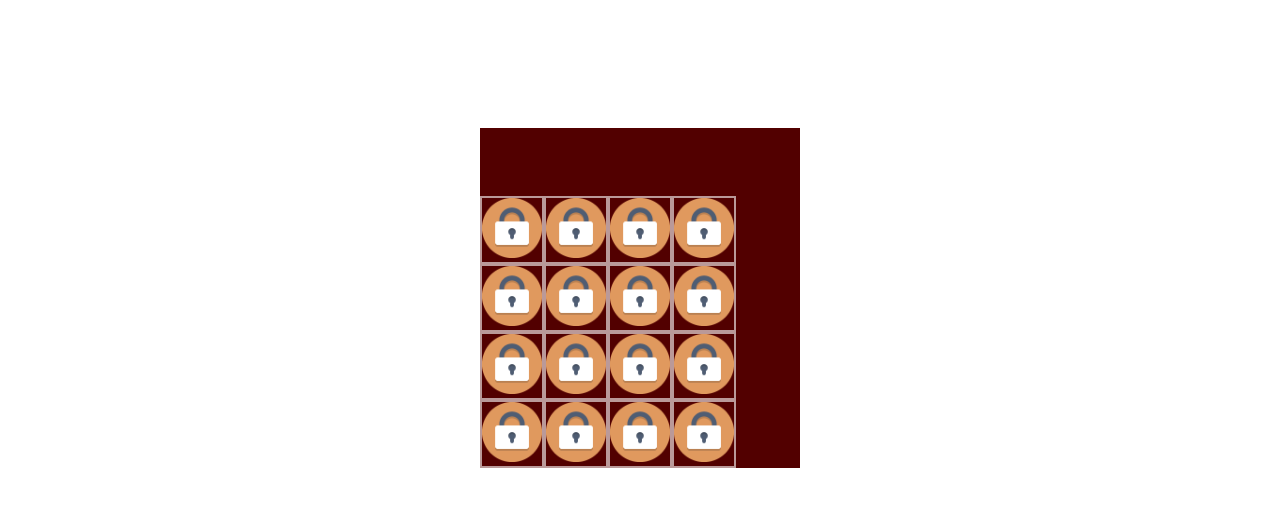
Repository: jb223cp/1dv403-laborationer
Page: 3-gameon/memory/index.html
The author's editor kept a record of every edit. The page is drawn from the files as they stood at one moment, then again after the next edit.
The browser window is 1280 px wide. The pictures show the whole page.

Above is the page before.

### 3-gameon/memory/index.html
<!DOCTYPE html>
<html lang="sv">
<head>
	<meta charset="UTF-8" />
	<link href='//fonts.googleapis.com/css?family=Bangers' rel='stylesheet' type='text/css'>
	<link rel="stylesheet" href="css/main.css" media="only screen and (min-width:768px)" />
	      <script src="script/random.js"></script>
    	  <script src="script/memory.js"></script>
 	<title>Memory</title>

</head>
    <body>
        <section id="board">
            <table>

            </table>
        </section>
    </body>
</html>

### 3-gameon/memory/css/main.css
html, body, div, span, applet, object, iframe,
p, blockquote, pre,
a, abbr, acronym, address, big, cite, code,
del, dfn, em, img, ins, kbd, q, s, samp,
small, strike, strong, sub, sup, tt, var,
b, u, i, center, ol, ul, li,
fieldset, form, label, legend,
table, caption, tbody, tfoot, thead, tr, th, td,
article, aside, canvas, details, embed,
figure, figcaption, footer, header, hgroup,
menu, nav, output, ruby, section, summary,
time, mark, audio, video {
	margin: 0;
	padding: 0;
	border: 0;
	font-size: 100%;
	font: inherit;
	vertical-align: baseline;
}
/* HTML5 display-role reset for older browsers */

article, aside, details, figcaption, figure,
footer, header, hgroup, menu, nav, section {
	display: block;
}

section{
    width:25%;
    margin-top:10%;
    background-color:#520000;
    margin-left:auto;
    margin-right:auto;
}
table{

    margin-left:auto;
    margin-right:auto;
    padding-top:10%;
    padding-bottom:10%;
    border-style:solid;
    border-width:2px;
    border-color:#520000;
}

td{
    width:60px;
    height:60px;
    border-style:solid;
    border-width:2px;
    border-color:#BA9999;
}
img{
    width:100%;
    height:100%;
}

### 3-gameon/memory/script/random.js
var RandomGenerator = {

	/*
		Denna metod tar antalet rader och columner som inparameter.

		Metoden returnerar en array inneh�llandes utslumpade tal mellan 1 och (rows*cols)/2. Varje tal representeras tv�
		g�nger och motsvarar s�ledes en spelbricka.

		I en 4*4 matris kan Arrayen t.ex. se ut s� h�r:
		[1,2,6,8,6,2,5,3,1,3,7,5,8,4,4,7]

		I en 2*4 matris kan Arrayen t.ex. se ut s� h�r:
		[3,4,4,1,2,1,2,3]
	*/

	getPictureArray: function(rows, cols)
	{
		var numberOfImages = rows*cols;
		var maxImageNumber = numberOfImages/2;

	   	var imgPlace = [];

	   //Utplacering av bilder i Array
	   for(var i=0; i<numberOfImages; i++)
		  imgPlace[i] = 0;

		for(var currentImageNumber=1; currentImageNumber<=maxImageNumber; currentImageNumber++)
		{
			var imageOneOK = false;
			var imageTwoOK = false;

			do
			{
				if(imageOneOK == false)
				{
					var randomOne = Math.floor( (Math.random() * (rows*cols-0) + 0) );

					if( imgPlace[randomOne] == 0 )
					{
						imgPlace[randomOne] = currentImageNumber;
						imageOneOK = true;
					}
				}

				if(imageTwoOK == false)
				{
					var randomTwo = Math.floor( (Math.random() * (rows*cols-0) + 0) );

					if( imgPlace[randomTwo] == 0 )
					{
						imgPlace[randomTwo] = currentImageNumber;
						imageTwoOK = true;
					}
				}
			}
			while(imageOneOK == false || imageTwoOK == false);
		}

		return imgPlace;
	}
}

### 3-gameon/memory/script/memory.js
"use strict";

var Memory = {

    squares:[],
    rows: 4,
    cols: 4,

    init: function(){



       Memory.squares = RandomGenerator.getPictureArray(Memory.rows, Memory.cols);

       console.log(Memory.squares);
       console.log(Memory.squares[0]);
       Memory.renderTable(4,4);

       return false;
    },

    renderTable: function(rows,cols){


        var table=document.getElementById("board");
        var placeHolder=0;


        var tableRow,imgTag,link,tableCol;
        for (var i=0; i<rows; ++i){

            tableRow = document.createElement("tr");
            table.appendChild(tableRow);

               for (var j=0; j<cols;++j){
                   tableCol=document.createElement("td");
                   imgTag =document.createElement("img");
                   link = document.createElement("a");
                   imgTag.setAttribute("src", "pics/0.png");
                   imgTag.setAttribute("alt", "?");
                   link.setAttribute("href", "#");
                   link.setAttribute("class", "link");
                   if(rows===cols){
                   placeHolder=(((rows*(i+1))-rows)+j);
                   }
                   else if(cols>rows){
                       placeHolder=(rows*i)+i+j;
                   }
                   else{
                       placeHolder=(cols*j)+i+j;
                   }

                   link.setAttribute("id", placeHolder);

                   tableRow.appendChild(tableCol);
                   tableCol.appendChild(link);
                   link.appendChild(imgTag);
               }
        }


        var picNumber=0;
        var unknown;
        var previousPosition;
        var previousNumber;
        var counter=1;
        var solved;
        var questionMark=true;
        var flag;

        var el=document.body.getElementsByClassName('link');
        for(var c=0 ;c<el.length; c++) {


               el[c].onclick = function() {

                   if(questionMark===false){
                       event.preventDefault();
                   }

                   unknown=this.id;
                   var isOdd = counter%2;

                   if(unknown===previousPosition && isOdd===0){
                       event.preventDefault();
                   }

                   picNumber=Memory.squares[this.id];

                   var current = document.getElementById(unknown);
                   var previous = document.getElementById(previousPosition);

                       if (isOdd===1){

                           current.firstChild.setAttribute("src", "pics/"+picNumber+".png");
                           /*current.setAttribute("onclick", "return false");*/
                           current.removeAttribute("href");
                           current.setAttribute("class","linksolved");

                       }
                       else{

                                   current.firstChild.setAttribute("src", "pics/"+picNumber+".png");

                                if (previousNumber===picNumber && unknown!=previousPosition){

                                   previous.firstChild.setAttribute("src", "pics/"+picNumber+".png");
                                   previous.setAttribute("onclick", "return false");
                                   previous.setAttribute("class","linksolved");
                                   current.setAttribute("class","linksolved");
                                   current.setAttribute("onclick", "return false");

                                }
                                else{

                                   /*questionMark=document.body.getElementsByClassName('link');*/
                                   questionMark=false;


                                        setTimeout(function (callback) {
                                               questionMark=true;
                                               current.firstChild.setAttribute("src", "pics/0.png");
                                               previous.firstChild.setAttribute("src", "pics/0.png");
                                               current.removeAttribute("onclick");
                                               previous.removeAttribute("onclick");
                                               previous.setAttribute("href", "#");

                                               previous.setAttribute("class","link");
                                               current.setAttribute("class","link");

                                              // if callback exist execute it
                                              callback && callback();
                                           }, 800);

                                }
                       }

                       // By setting current values on previous variables, secures that I can reach previous click values
                       previousNumber=picNumber;
                       previousPosition=unknown;

                       //Increase counter by one
                       counter++;

                       solved=document.body.getElementsByClassName('linksolved');

                       //GAME OVER, writes how many tries were needed to finish the game (two clicks are one try)
                       if(solved.length===(rows*cols)){

                           var message = document.getElementById("counter");
		                   message.innerHTML = "CONGRATULATION, You won after "+  Math.floor(counter/2) + " tries!!!";

                       }

                       flag=false;
                       return false;
            }
        }
    }
};

window.onload = Memory.init;

After the next edit:
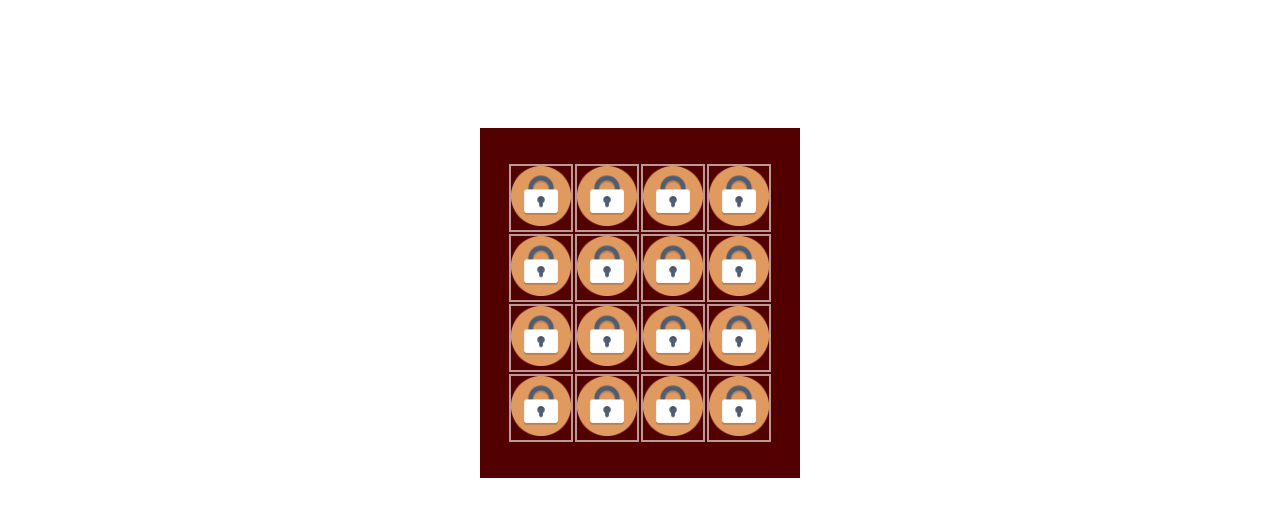
The edit:
--- a/3-gameon/memory/index.html
+++ b/3-gameon/memory/index.html
@@ -10,8 +10,9 @@
 
 </head>
     <body>
-        <section id="board">
-            <table>
+        <section id="container">
+            <p id="counter"></p>
+            <table id="board">
 
             </table>
         </section>
